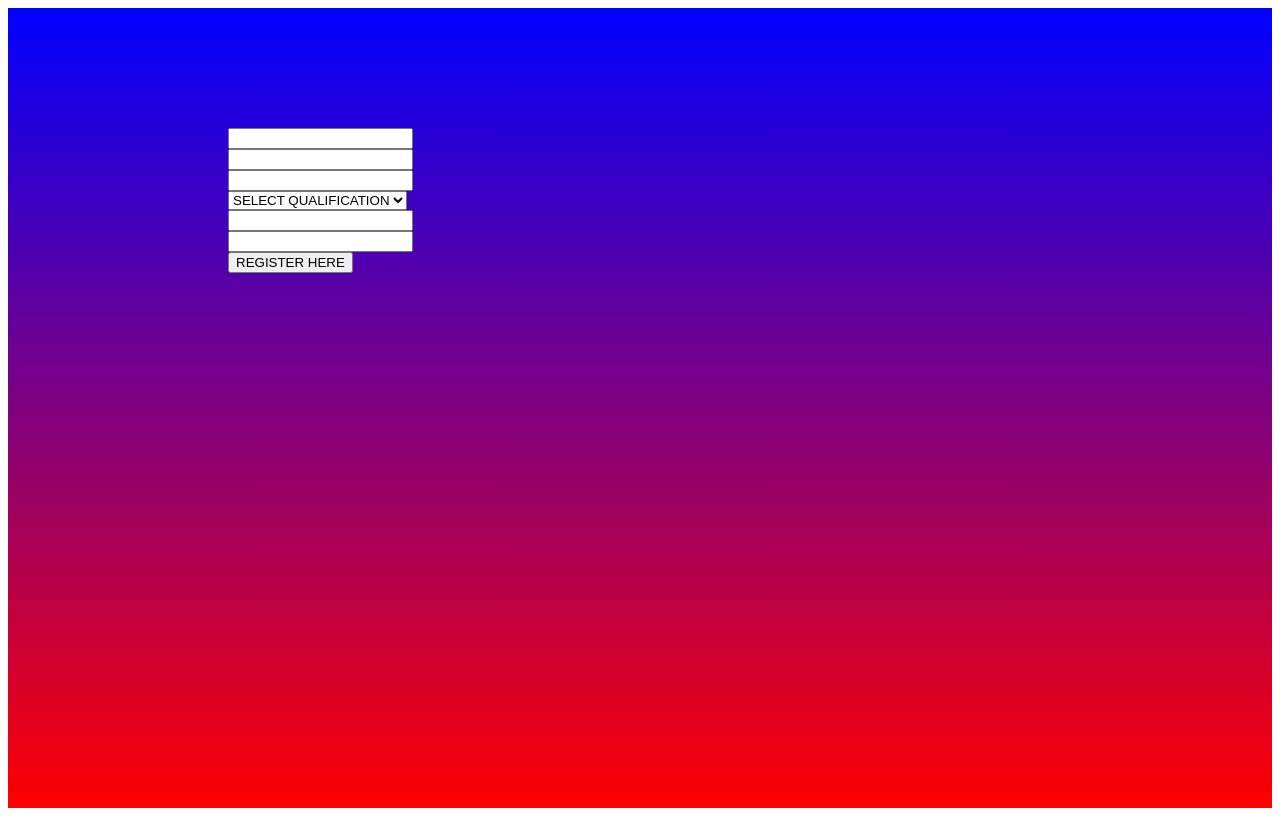
Repository: vaibhaokamble/MY_INSTITUTE_PUNE
Page: SERVLET/RegistrationApplication/src/main/webapp/register.html
These files come from the project's save history. The page is drawn as it stood at one moment and after the next save; the edit follows.
The browser window is 1280 px wide. The pictures show the whole page.

Above is the page before, as saved 2022-10-18 04:29:08.

### SERVLET/RegistrationApplication/src/main/webapp/register.html
<!DOCTYPE html>
<html>
<head>
<meta charset="UTF-8">
<title>Insert title here</title>
<link rel="stylesheet" href="css/style.css"/>
</head>
<body>
<div class="container">
<ul>
	<li> <input type='text' name='name' value=''/></li>
	<li> <input type='text' name='email' value=''/></li>
	<li> <input type='text' name='contact' value=''/></li>
	<li> <select name='qual'>
		<option> SELECT QUALIFICATION </option>
		<option> MCA</option>
		<option>B.SC</option>
		<option>12TH</option>
		<option>10TH</option>
	</select></li>
	<li><input type='text' name='username' value=''/></li>
	<li><input type='text' name='password' value=''/></li>
	<li><input type='submit' name='s' value='REGISTER HERE'/></li>

</ul>
</div>
</body>
</html>

### SERVLET/RegistrationApplication/src/main/webapp/css/style.css
@charset "UTF-8";

.container {
	width: 100%;
	height: 800px;
	background-image: linear-gradient(blue,red);
}

ul {
	list-style-type: none;
	padding: 20px;
	position: absolute;
	margin-left: 200px;
	margin-top: 100px;
}

After the next save:
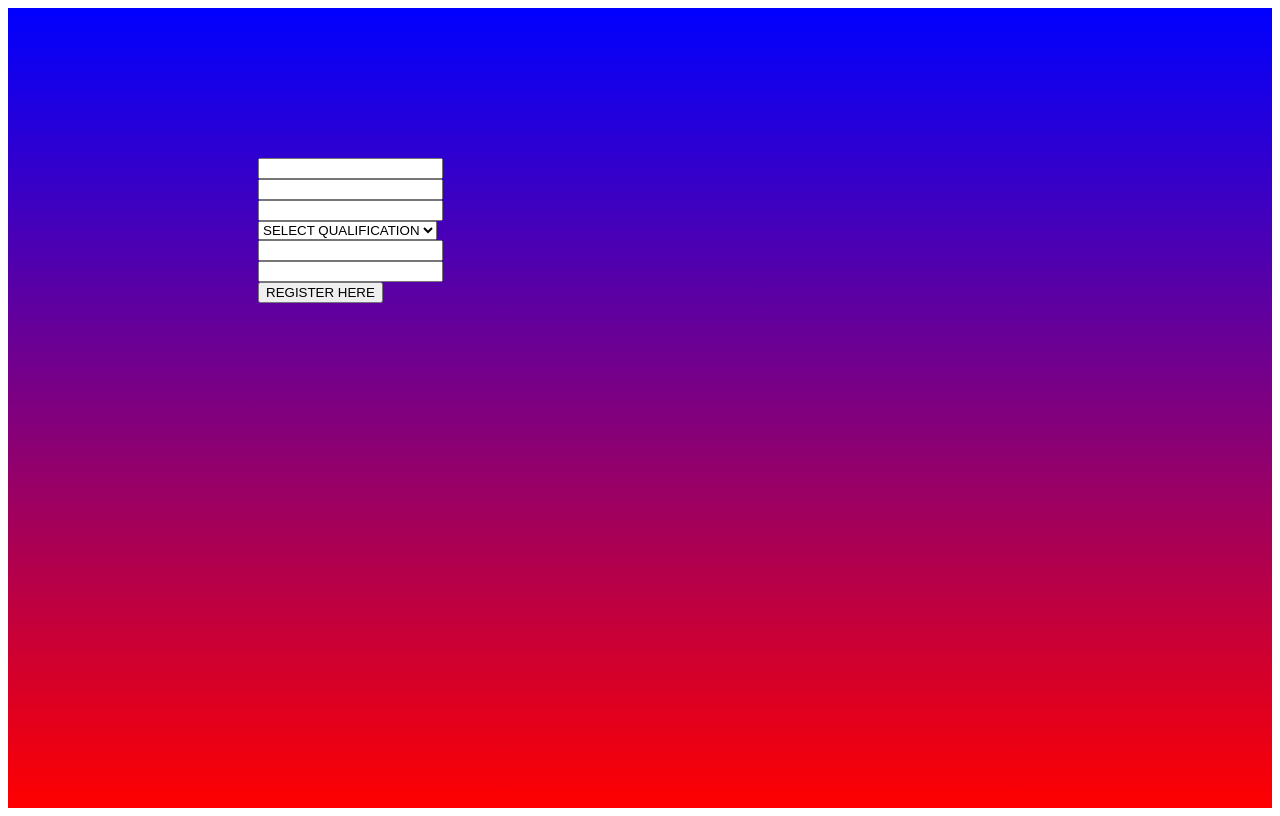
Saved 19 s later.
--- a/SERVLET/RegistrationApplication/src/main/webapp/css/style.css
+++ b/SERVLET/RegistrationApplication/src/main/webapp/css/style.css
@@ -8,7 +8,7 @@
 
 ul {
 	list-style-type: none;
-	padding: 20px;
+	padding: 50px;
 	position: absolute;
 	margin-left: 200px;
 	margin-top: 100px;
